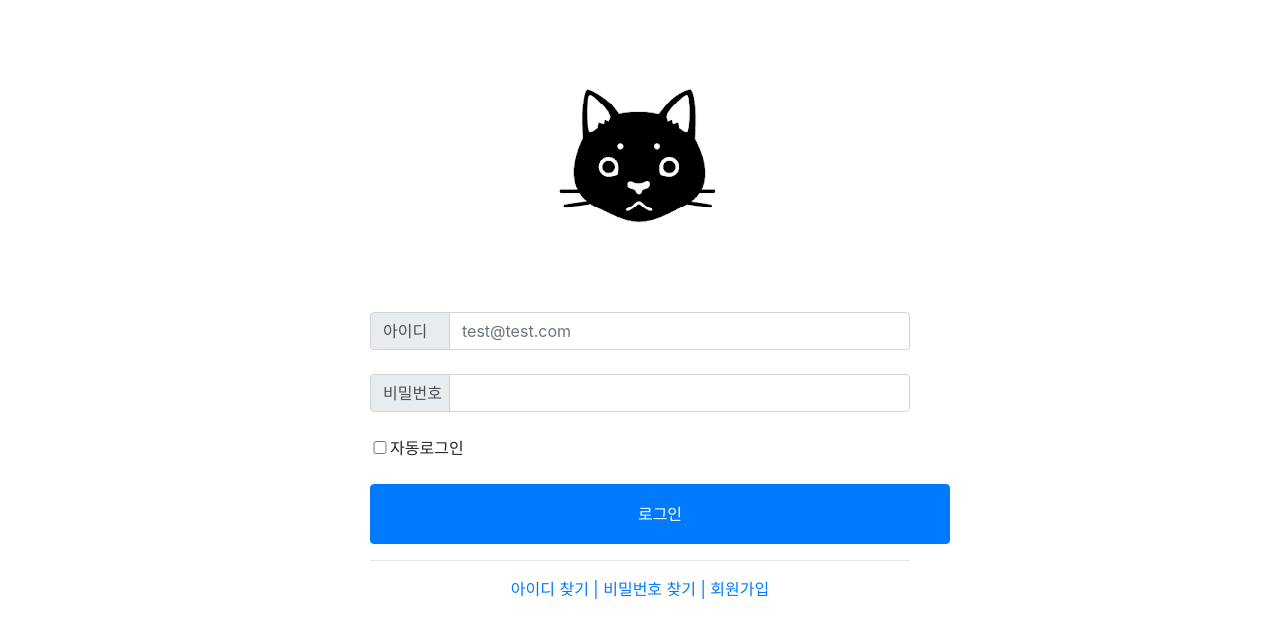
Repository: 0deepsleep/SpringMVCStudy
Page: http://localhost/TestProject/Login.jsp
An editor plug-in stored every save of this project. The page is shown before and after the next save, followed by the edit.
The browser window is 1280 px wide. The pictures show the whole page.
The page is served by Tomcat 9.

Above is the page before, as saved 2019-06-14 09:47:18.

### TestProject/WebContent/Login.jsp
<%@ page contentType="text/html; charset=UTF-8"%>
<%@ taglib prefix="c" uri="http://java.sun.com/jsp/jstl/core" %>
<%
	request.setCharacterEncoding("UTF-8");
	String cp = request.getContextPath();
%>
<!DOCTYPE html>
<html>
<head>
<meta charset="UTF-8">
<title>Login.jsp</title>
<link rel="stylesheet" href="https://stackpath.bootstrapcdn.com/bootstrap/4.3.1/css/bootstrap.min.css">
<style type="text/css">
	.bolck
	{
		width: 80px;
	}

	.btn
	{
		width: 580px;
		height: 60px
	}


	#err1
	{
		display: none;
		color: red;
		font-size: small;
	}

	#err2
	{
		display: none;
		color: red;
		font-size: small;
	}
	*{text-align:left;}

</style>
<script type="text/javascript" src="https://ajax.googleapis.com/ajax/libs/jquery/3.4.1/jquery.min.js"></script>
<script type="text/javascript">

	$(document).ready(function()
	{
		$("#btn").click(function()
		{

			if($("#userId").val()=="" && $("#userPwd").val()=="")
			{
				$("#err1").css("display", "inline");
				$("#err2").css("display", "inline");
				return;
			}

			$("#err1").css("display", "none");

			if($("#userId").val()=="")
			{
				$("#err1").css("display", "inline");
				return;
			}

			$("#err2").css("display", "none");

			if( $("#userPwd").val()=="")
			{
				$("#err2").css("display", "inline");
				return;
			}

			$("#memberForm").submit();

		});


	});
</script>

</head>
<body>

<div class="text-center container">
	<img src="<%=cp %>/img/cat.png" class="rounded" alt="logo" style="margin-top: 60px;">
  <div class="row" style="margin-top: 60px;">
  	<div class="col-md-6 offset-md-3">
  		<div class="input-group" id="memberForm">
	  		<div class="input-group-prepend">
		    	<span class="input-group-text bolck">아이디</span>
		    </div>
		  <input type="text" id="userId" name="userId" class="form-control"
		  required="required" placeholder="test@test.com">
		    </div>
		    <span id="err1">아이디를 입력해주세요.</span><br>

		<div class="input-group" id="memberForm">
	  		<div class="input-group-prepend">
		    	<span class="input-group-text bolck">비밀번호</span>
		    </div>
		  	<input type="password" id="userPwd" name="userPwd" class="form-control"
		  required="required" >
		</div>
		<span id="err2">비밀번호를 입력해주세요.</span>
		<br><input type="checkbox" style="width: 20px;">자동로그인

		<br><br>
		<button type="button" id="btn" name="btn" class="btn-primary btn">로그인</button>
		<br><hr />

		<div style="text-align: center;">
				<a href="#"> 아이디 찾기 |</a>
				<a href="#"> 비밀번호 찾기 |</a>
				<a href="#"> 회원가입</a>
		</div>
	</div>
  </div>
</div>

</body>
</html>

After the next save:
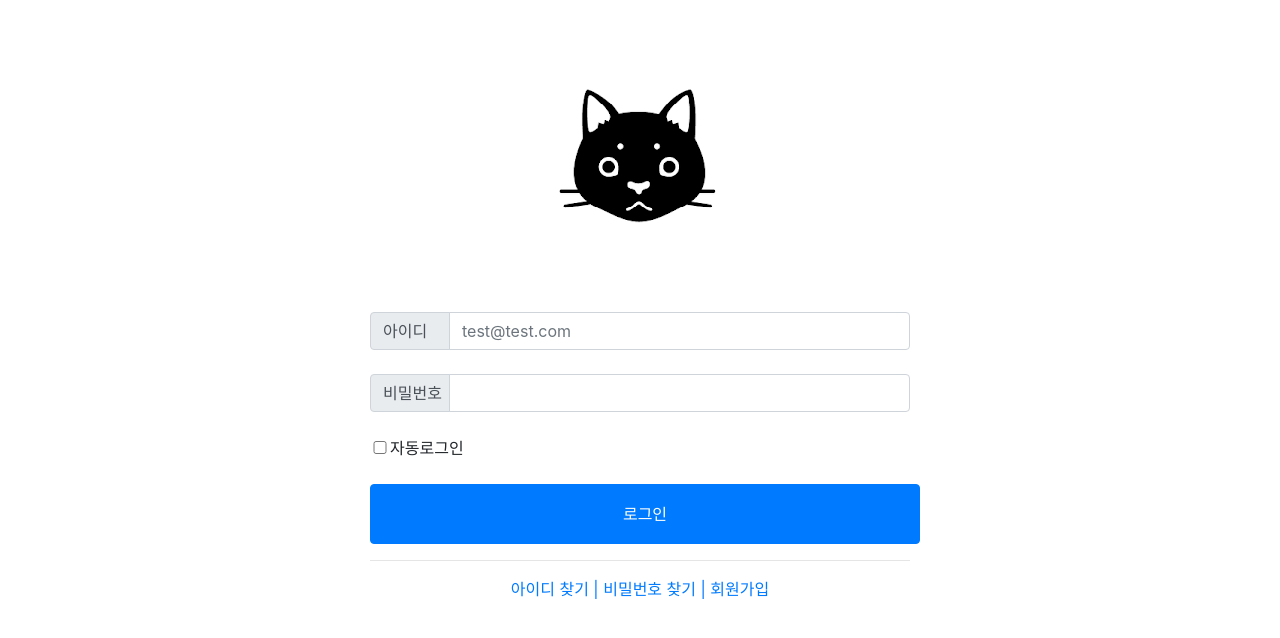
Saved 6 s later.
--- a/TestProject/WebContent/Login.jsp
+++ b/TestProject/WebContent/Login.jsp
@@ -18,7 +18,7 @@
 
 	.btn
 	{
-		width: 580px;
+		width: 550px;
 		height: 60px
 	}
 
